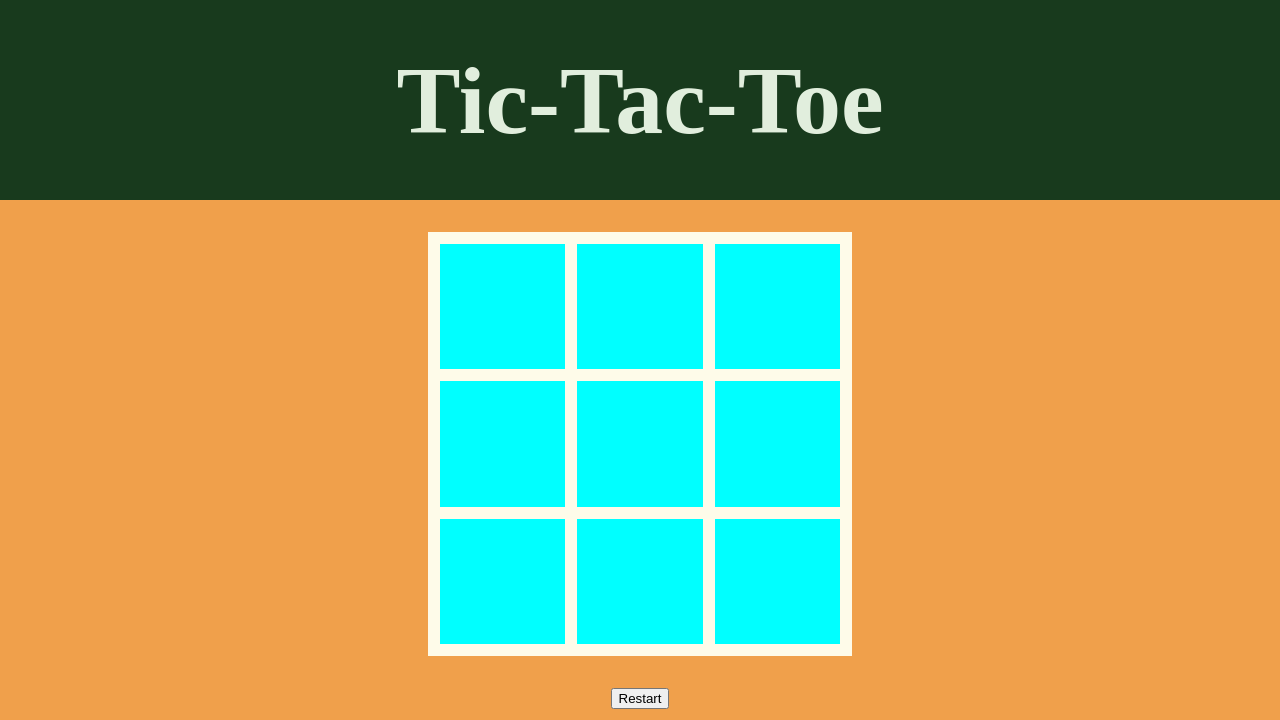
Repository: yeetzpxoci/tic-tac-toe
Page: index.html
The author's editor kept a copy of each file at every save. The page is drawn from the files as they stood at one save, then again after the next save.
The browser window is 1280 px wide. The pictures show the whole page.

Above is the page before, as saved 2023-02-23 18:43:37.

After the next save:
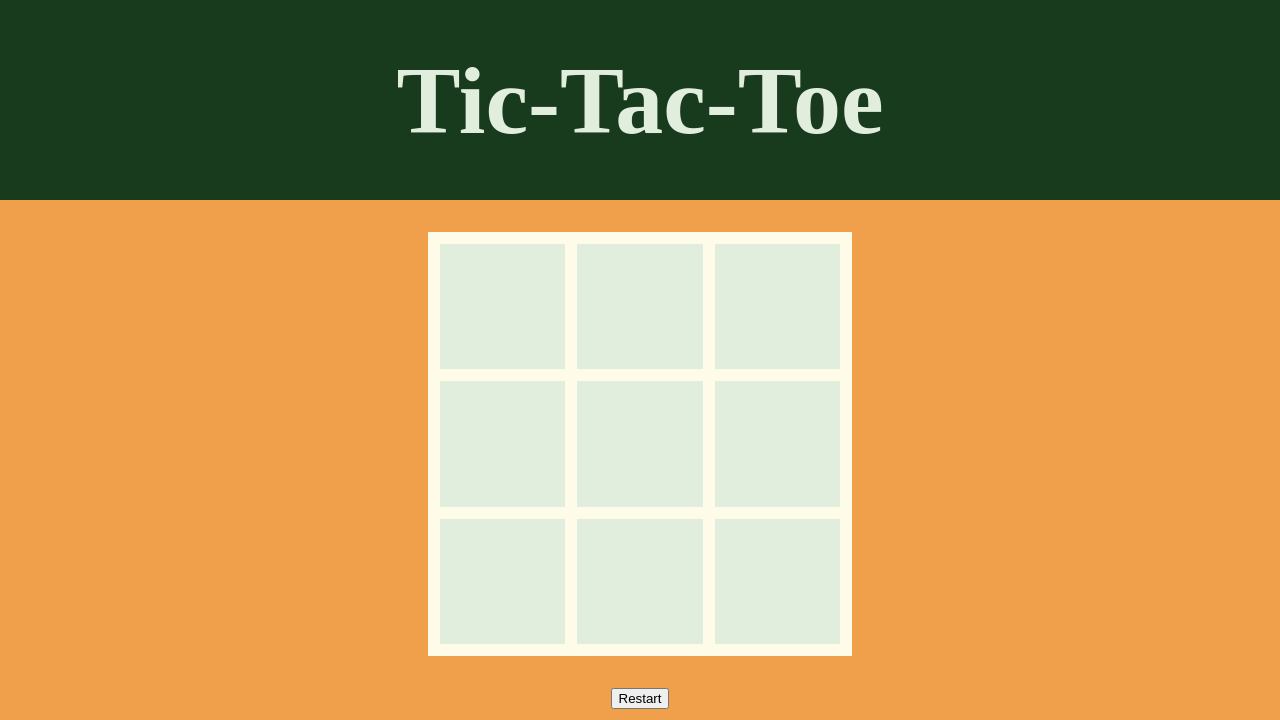
Saved 10 s later.
--- a/styles.css
+++ b/styles.css
@@ -45,5 +45,5 @@ body {
     display: flex;
     justify-content: center;
     align-items: center;
-    background-color: aqua;
+    background-color: #E1EEDD;
 }
